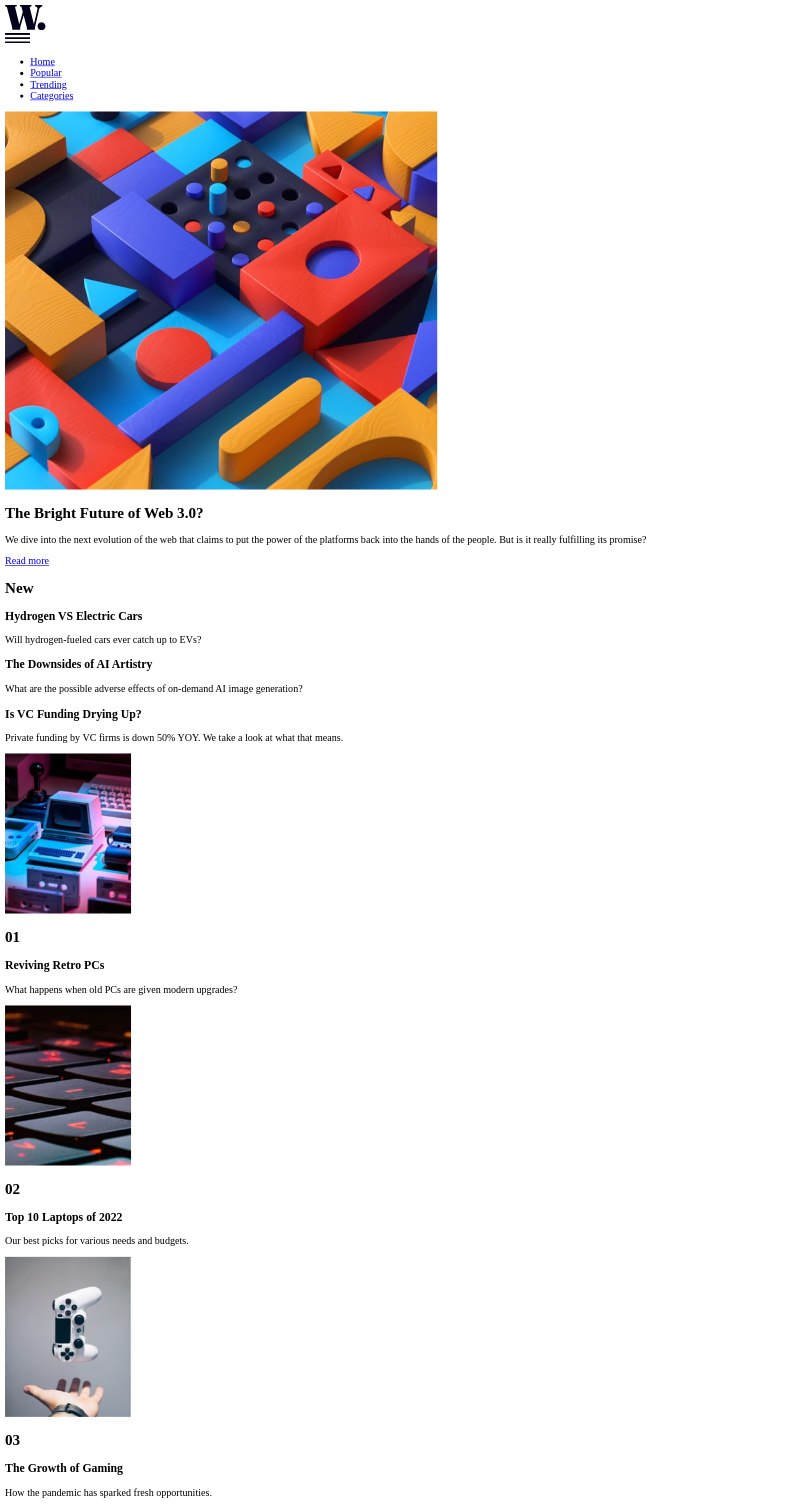
Repository: Arkitecth/news-webpage
Page: index.html
These files come from the project's save history. The page is drawn as it stood at one moment and after the next save; the edit follows.
The browser window is 1280 px wide. The pictures show the whole page, at 63% of full size.

Above is the page before, as saved 2023-06-07 20:08:04.

After the next save:
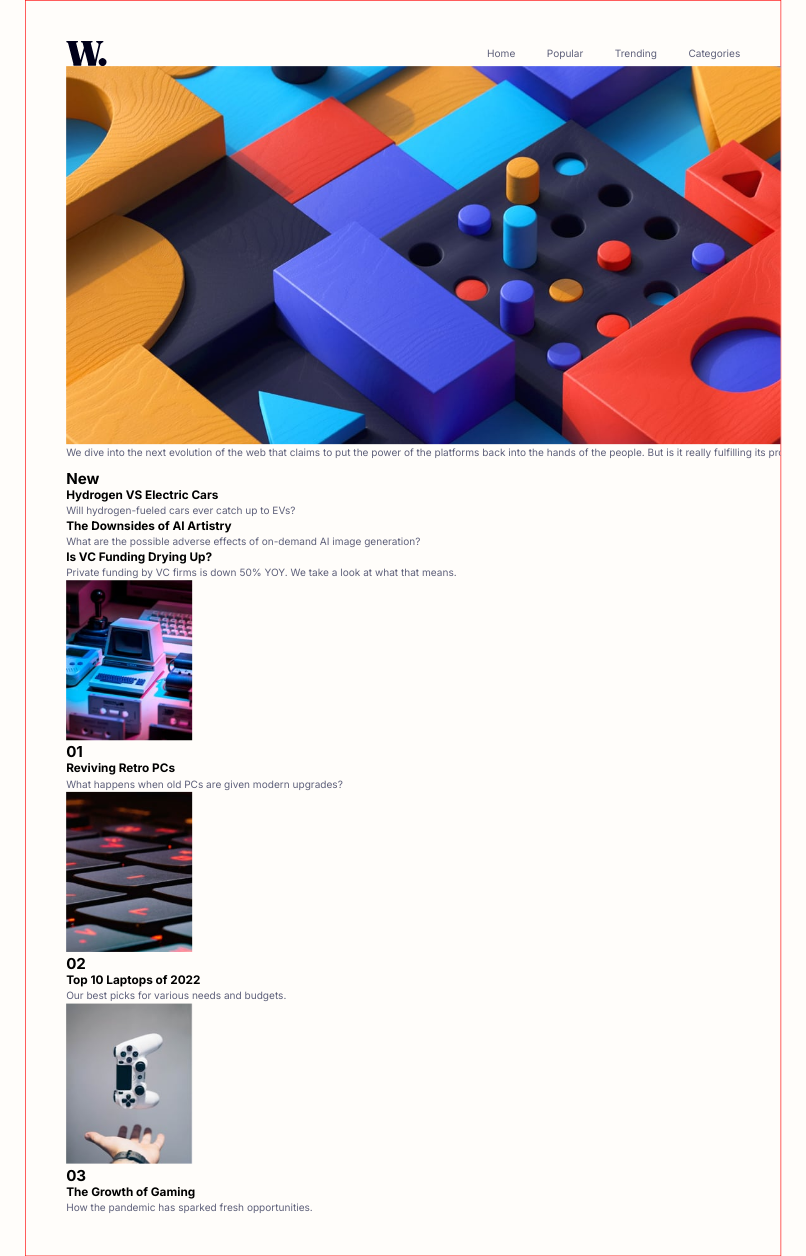
Saved 2 min 0 s later.
--- a/index.html
+++ b/index.html
@@ -4,7 +4,7 @@
   <meta charset="UTF-8">
   <meta name="viewport" content="width=device-width, initial-scale=1.0"> <!-- displays site properly based on user's device -->
   <title>News homepage</title>
-  <link rel="stylesheet" media="screen and (min-width:1440px)"href="style.css">
+  <link rel="stylesheet" media="screen and (max-width:1440px)"href="style.css">
   <link rel="stylesheet" media="screen and (min-width:320px) and (max-width:768px)" href="mobile.css">
 </head>
 <body>
